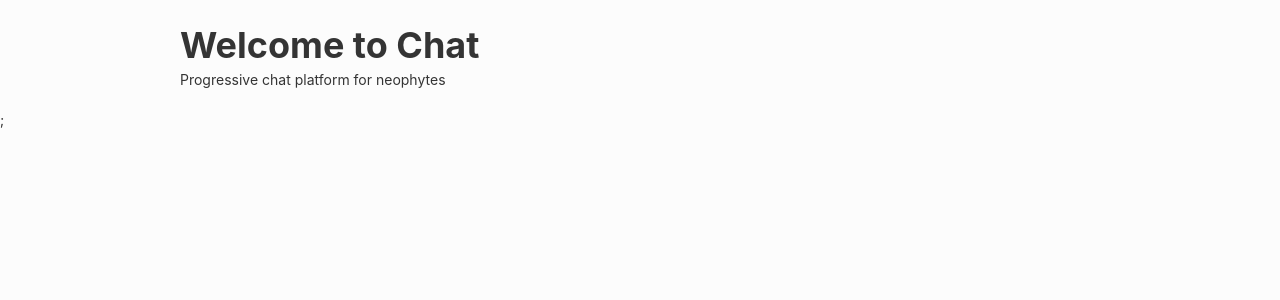
Repository: Mayur2905/chat-app
Page: /signin
An editor plug-in stored every save of this project. The page is shown before and after the next save, followed by the edit.
The browser window is 1280 px wide. The pictures show the whole page.
The project was rebuilt for these pictures with package versions that can differ from the ones it lists, and the page was loaded fresh each time. A package was used in the major version that the imports need, not the one package.json lists. Also part of the build but not shown: src/components/PrivateRoute.js, src/pages/Home.js.

Above is the page before, as saved 2021-10-22 21:47:59.

### src/index.js
import React from 'react';
import ReactDOM from 'react-dom';
import { BrowserRouter } from 'react-router-dom';
import App from './App';
import reportWebVitals from './reportWebVitals';

ReactDOM.render(
  <BrowserRouter>
    <App />
  </BrowserRouter>,
  document.getElementById('root')
);

// If you want to start measuring performance in your app, pass a function
// to log results (for example: reportWebVitals(console.log))
// or send to an analytics endpoint. Learn more: https://bit.ly/CRA-vitals
reportWebVitals();

### src/App.js
import React from "react";
import {Switch } from "react-router";

import 'rsuite/dist/rsuite.min.css';
import PrivateRoute from "./components/PrivateRoute";
import PublicRoute from "./components/PublicRoute";
import Home from "./pages/Home";
import SignIn from "./pages/Signin";
import './styles/main.scss';

function App() {
  return(
    <Switch>
    <PublicRoute path="/signin">
      <SignIn/>
    </PublicRoute>
    <PrivateRoute path="/">
      <Home/>
    </PrivateRoute>
    </Switch>
  );
}

export default App;

### src/components/PublicRoute.js
import React from 'react'
import { Redirect, Route } from 'react-router';

const PublicRoute = ({children, ...routProps}) => {
    const profile = false;

   if(profile){
       return<Redirect to="/Home"/>
   }

    return (
        <Route {...routProps}>
            {children};
        </Route>
    )
};

export default PublicRoute;

### src/pages/Signin.js
import React from 'react'
import { Col, Container,Grid,Panel,Row } from 'rsuite';


const SignIn = () => {
    return (
        <Container>
          <Grid>
              <Row>
                <Col xs={24} md={12}>
                    <Panel>
                        <div>
                            <h2>Welcome to Chat</h2>
                            <p>Progressive chat platform for neophytes</p>
                        </div>
                    </Panel>
                </Col>
              </Row>
            </Grid>
        </Container>

    )
}

export default SignIn

### src/styles/main.scss
@import 'override';
@import 'utility';
@import 'utility_colors';

body {
  margin: 0;
  font-family: -apple-system, BlinkMacSystemFont, 'Segoe UI', 'Roboto', 'Oxygen',
    'Ubuntu', 'Cantarell', 'Fira Sans', 'Droid Sans', 'Helvetica Neue',
    sans-serif;
  -webkit-font-smoothing: antialiased;
  -moz-osx-font-smoothing: grayscale;

  background-color: #fcfcfc;
}

html,
body,
#root,
#root > div {
  height: 100%;
}

.custom-scroll {
  &::-webkit-scrollbar {
    width: 4px;
  }

  &::-webkit-scrollbar-track {
    background: #ddd;
  }

  &::-webkit-scrollbar-thumb {
    background: darken(#ddd, 20%);
  }
}

.img-fullsize {
  * {
    width: auto !important;
    height: auto !important;
  }
}

.chat-top,
.chat-middle,
.chat-bottom {
  margin: 0;
  padding: 0;
}

.chat-top,
.chat-bottom {
  display: flex;
  flex-direction: column;
  justify-content: center;
}

$chat-t: 75px;
$chat-b: 65px;

.chat-top {
  height: $chat-t;
}

.chat-bottom {
  height: $chat-b;
}

.chat-middle {
  height: calc(100% - #{$chat-t} - #{$chat-b});
}

.msg-list {
  padding: 0;
  margin: 0;
  height: 100%;
  overflow-y: auto;
  list-style-type: none;
  li {
    &:last-child {
      margin-bottom: 0 !important;
      padding-bottom: 0 !important;
    }
  }
}

.animate-blink {
  animation: blink normal 1.5s infinite ease-in-out;
  color: red !important;
  @keyframes blink {
    0% {
      opacity: 1;
    }
    50% {
      opacity: 0.3;
    }
    100% {
      opacity: 1;
    }
  }
}

### src/styles/utility.scss
$indent_1: 5px;
$indent_2: 10px;
$indent_3: 15px;

.link-unstyled {
  &,
  &:visited,
  &:hover,
  &:active,
  &:focus,
  &:active:hover {
    text-decoration: none;
  }
}

.text-center {
  text-align: center;
}

.text-right {
  text-align: right;
}

.text-disappear {
  white-space: nowrap !important;
  text-overflow: ellipsis !important;
  overflow: hidden !important;
}

.overflow-y-scroll {
  overflow-y: scroll;
}

.width-250 {
  width: 250px;
}

.width-200 {
  width: 200px;
}

.height-200 {
  height: 200px;
}

.height-220 {
  height: 220px;
}

.h-100 {
  height: 100%;
}

.w-100 {
  width: 100%;
}

.mw-100 {
  max-width: 100%;
}

.mh-100 {
  max-height: 100%;
}

.w-auto {
  width: auto;
}

.h-auto {
  height: auto;
}

.d-none {
  display: none;
}

.d-inline-block {
  display: inline-block;
}

.d-block {
  display: block;
}

.d-flex {
  display: flex;
}

.d-inline-flex {
  display: inline-flex;
}

.flex-column {
  flex-direction: column;
}

.flex-wrap {
  flex-wrap: wrap;
}

.align-items-center {
  align-items: center;
}

.justify-content-between {
  justify-content: space-between;
}

.justify-content-center {
  justify-content: center;
}

.padded {
  padding: 10px;
}

.cursor-pointer {
  &:hover {
    cursor: pointer;
  }
}

.ws-nowrap {
  white-space: nowrap;
}

.br-circle {
  border-radius: 50%;
}

.font-bolder {
  font-weight: 500;
}

.font-normal {
  font-weight: 400;
}

.italic {
  font-style: italic;
}

.word-break-all {
  word-break: break-all;
}

.font-huge {
  font-size: 100px;
}

.contain-scroll {
  overscroll-behavior: contain;
}

.mx-auto {
  margin-left: auto;
  margin-right: auto;
}

.px-0 {
  padding-left: 0;
  padding-right: 0;
}

.p-0 {
  padding: 0;
}

.m-0 {
  margin: 0;
}

.mt-page {
  margin-top: 150px;
}

.mt-1 {
  margin-top: $indent_1;
}

.mt-2 {
  margin-top: $indent_2;
}

.mt-3 {
  margin-top: $indent_3;
}

.mb-1 {
  margin-bottom: $indent_1;
}

.mb-2 {
  margin-bottom: $indent_2;
}

.mb-3 {
  margin-bottom: $indent_3;
}

.ml-1 {
  margin-left: $indent_1;
}

.ml-2 {
  margin-left: $indent_2;
}

.ml-3 {
  margin-left: $indent_3;
}

.mr-1 {
  margin-right: $indent_1;
}

.mr-2 {
  margin-right: $indent_2;
}

.mr-3 {
  margin-right: $indent_3;
}

.pt-1 {
  padding-top: $indent_1;
}

.pt-2 {
  padding-top: $indent_2;
}

.pt-3 {
  padding-top: $indent_3;
}

.pb-1 {
  padding-bottom: $indent_1;
}

.pb-2 {
  padding-bottom: $indent_2;
}

.pb-3 {
  padding-bottom: $indent_3;
}

Loaded but not shown: public/index.html (common file); src/reportWebVitals.js (common file); src/styles/override.scss (common file); src/styles/utility_colors.scss (common file)

After the next save:
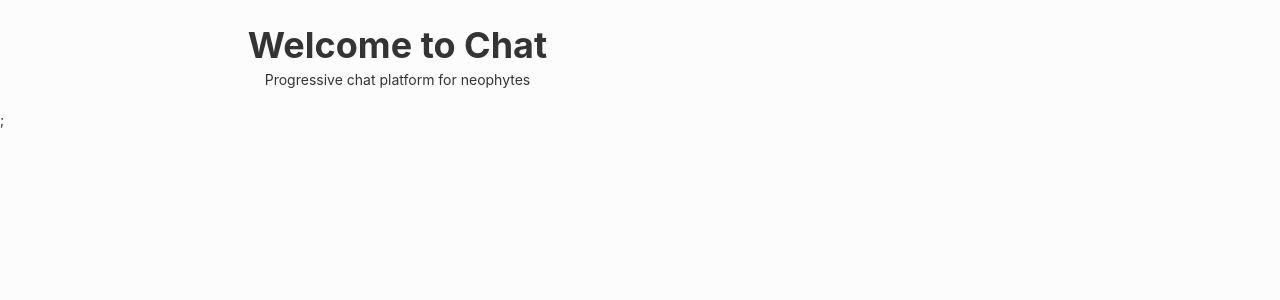
Saved 4 min 2 s later.
--- a/src/pages/Signin.js
+++ b/src/pages/Signin.js
@@ -9,7 +9,7 @@
               <Row>
                 <Col xs={24} md={12}>
                     <Panel>
-                        <div>
+                        <div className='text-center'>
                             <h2>Welcome to Chat</h2>
                             <p>Progressive chat platform for neophytes</p>
                         </div>
